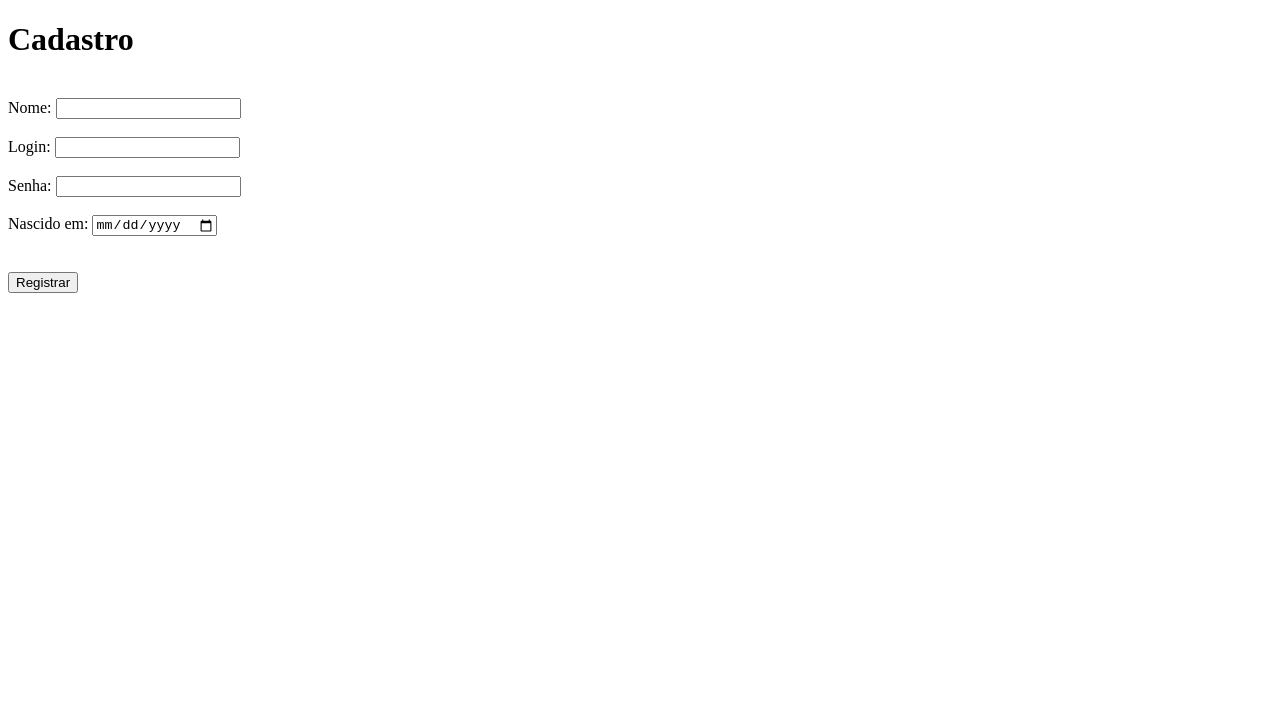
Repository: Vanessa2568/Atividade_Modulo4
Page: http://localhost/TurNE_crud/Cadastro.jsp
An editor plug-in stored every save of this project. The page is shown before and after the next save, followed by the edit.
The browser window is 1280 px wide. The pictures show the whole page.
Some web libraries are served in a nearby version. The page is served by Tomcat 9.

Above is the page before, as saved 2023-11-07 18:18:27.

After the next save:
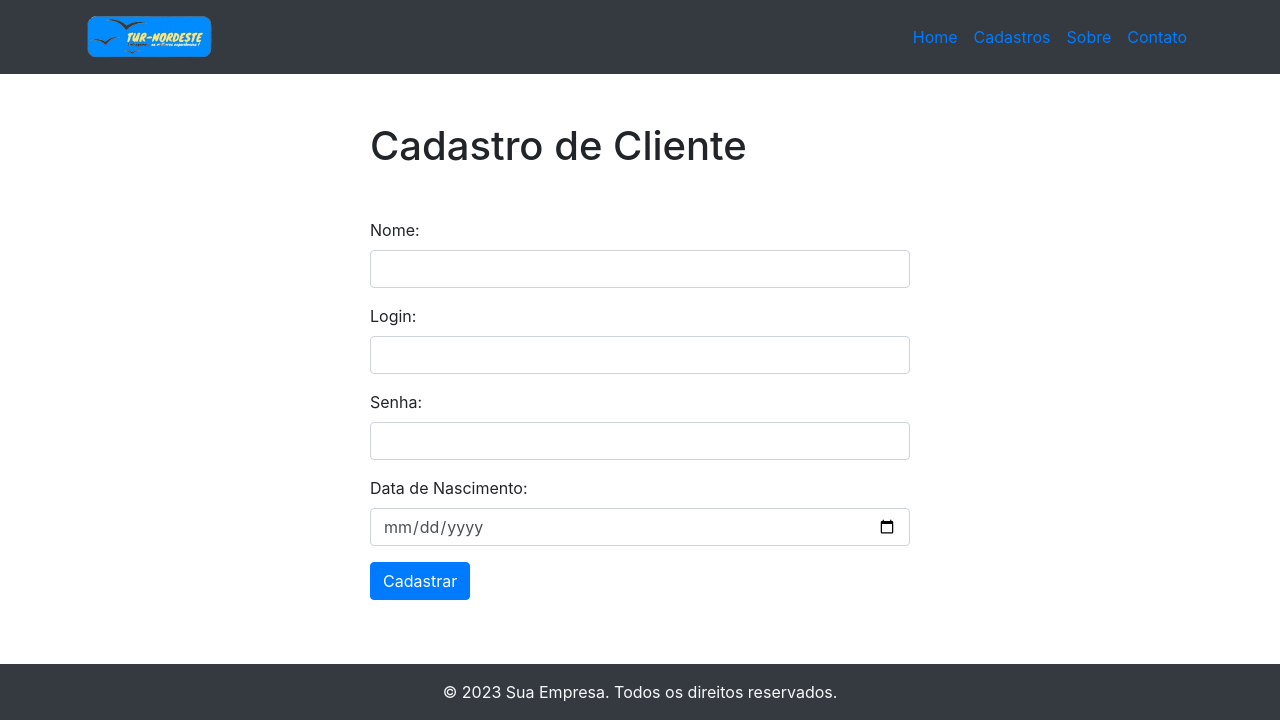
Saved 10 min 23 s later.
--- a/TurNE_crud/src/main/webapp/Cadastro.jsp
+++ b/TurNE_crud/src/main/webapp/Cadastro.jsp
@@ -1,28 +1,77 @@
-<%@ page language="java" contentType="text/html; charset=ISO-8859-1" pageEncoding="UTF-8" %>
+<%@ page language="java" contentType="text/html; charset=UTF-8" pageEncoding="UTF-8" %>
     <!DOCTYPE html>
-    <html lang="en">
+    <html>
+
     <head>
         <meta charset="UTF-8">
-        <meta name="viewport" content="width=device-width, initial-scale=1.0">
-        <title>Cadastro</title>
+        <link rel="stylesheet" href="https://maxcdn.bootstrapcdn.com/bootstrap/4.5.2/css/bootstrap.min.css">
+        <title>Cadastrar</title>
     </head>
+
     <body>
-        <h1>Cadastro</h1>
-        <br>
-        <form action="CreateController" method="POST">
-            <label for="nome">Nome:</label>
-            <input type="text" id="nome" name="nome" required>
-            <br><br>
-            <label for="login">Login:</label>
-            <input type="text" id="login" name="login" required>
-            <br><br>
-            <label for="senha">Senha:</label>
-            <input type="password" id="senha" name="senha" required>
-            <br><br>
-            <label for="dataNascimento"> Nascido em: </label>
-            <input type="date" class="form-control" id="dataNasc" name="dataNasc" required>
-            <br><br><br>
-            <input type="submit" value="Registrar">
-        </form>
+        <!-- Cabeçalho -->
+        <header>
+            <nav class="navbar navbar-expand-lg navbar-dark  bg-dark text-light">
+                <div class="container">
+                    <a class="navbar-brand" href="#"><img src="./img/logo25r.png" height="48px"></a>
+                    <button class="navbar-toggler" type="button" data-toggle="collapse" data-target="#navbarNav"
+                        aria-controls="navbarNav" aria-expanded="false" aria-label="Toggle navigation">
+                        <span class="navbar-toggler-icon"></span>
+                    </button>
+                    <div class="collapse navbar-collapse" id="navbarNav">
+                        <ul class="navbar-nav ml-auto">
+                            <li class="nav-item">
+                                <a class="nav-link" href="index.html">Home</a>
+                            </li>
+                            <li class="nav-item">
+                                <a class="nav-link" href="ReadController">Cadastros</a>
+                            </li>
+                            <li class="nav-item">
+                                <a class="nav-link" href="sobre.html">Sobre</a>
+                            </li>
+                            <li class="nav-item">
+                                <a class="nav-link" href="contato.html">Contato</a>
+                            </li>
+                        </ul>
+                    </div>
+                </div>
+            </nav>
+        </header>
+        <div class="container">
+            <div class="row justify-content-center">
+                <div class="col-md-6">
+                    <h1 class="mt-5">Cadastro de Cliente</h1>
+                    <form class="mt-5" action="CreateController" method="post">
+                        <div class="form-group">
+                            <label for ="nome">Nome:</label> <input type="text" class="form-control" id="nome"
+                                name="nome" required>
+                        </div>
+                        <div class="form-group">
+                            <label for ="login">Login:</label> <input type="text" class="form-control" id="login"
+                                name = "login" required>
+                        </div>
+                        <div class="form-group">
+                            <label for="senha">Senha:</label> <input type="password" class="form-control" id="senha"
+                                name="senha" required>
+                        </div>
+                        <div class="form-group">
+                            <label for ="dataNascimento">Data de Nascimento:</label> <input type="date"
+                                class="form-control" id="dataNasc" name="dataNasc" required>
+                        </div>
+                        <button type = "submit" class="btn btn-primary">Cadastrar</button>
+                    </form>
+                </div>
+            </div>
+        </div>
+        <!-- Rodapé -->
+        <footer class="bg-dark text-light text-center py-3 fixed-bottom">
+            &copy; 2023 Sua Empresa. Todos os direitos reservados.
+        </footer>
+
+        <!-- Inclua os scripts do Bootstrap via CDN -->
+        <script src="https://code.jquery.com/jquery-3.5.1.slim.min.js"></script>
+        <script src="https://cdn.jsdelivr.net/npm/@popperjs/core@2.5.3/dist/umd/popper.min.js"></script>
+        <script src="https://maxcdn.bootstrapcdn.com/bootstrap/4.5.2/js/bootstrap.min.js"></script>
+
     </body>
     </html>
